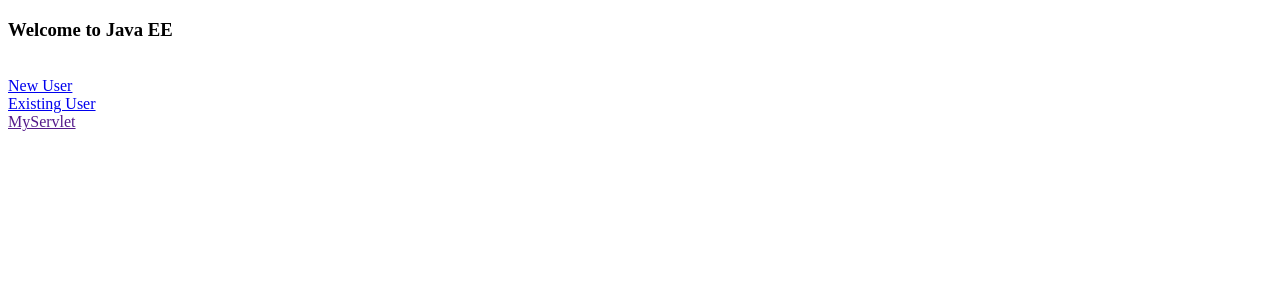
Repository: Lokeswari19/JavaExamples
Page: Session12/WebContent/Index.html
The author's editor kept a copy of each file at every save. The page is drawn from the files as they stood at one save, then again after the next save.
The browser window is 1280 px wide. The pictures show the whole page.

Above is the page before, as saved 2018-02-21 03:53:12.

After the next save:
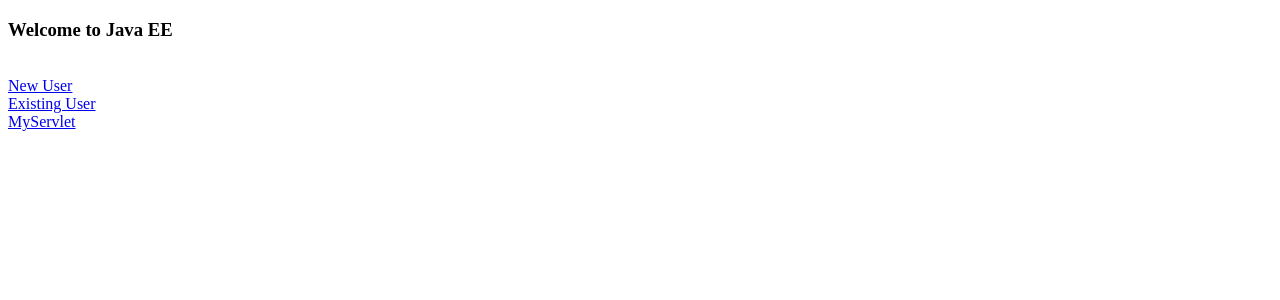
Saved 21 s later.
--- a/Session12/WebContent/Index.html
+++ b/Session12/WebContent/Index.html
@@ -11,6 +11,6 @@
 	<br/>
 	<a href="Login.html">Existing User</a>
 	<br>
-	<a href= "">MyServlet</a>
+	<a href= "My">MyServlet</a>
 	</body>
 </html>
